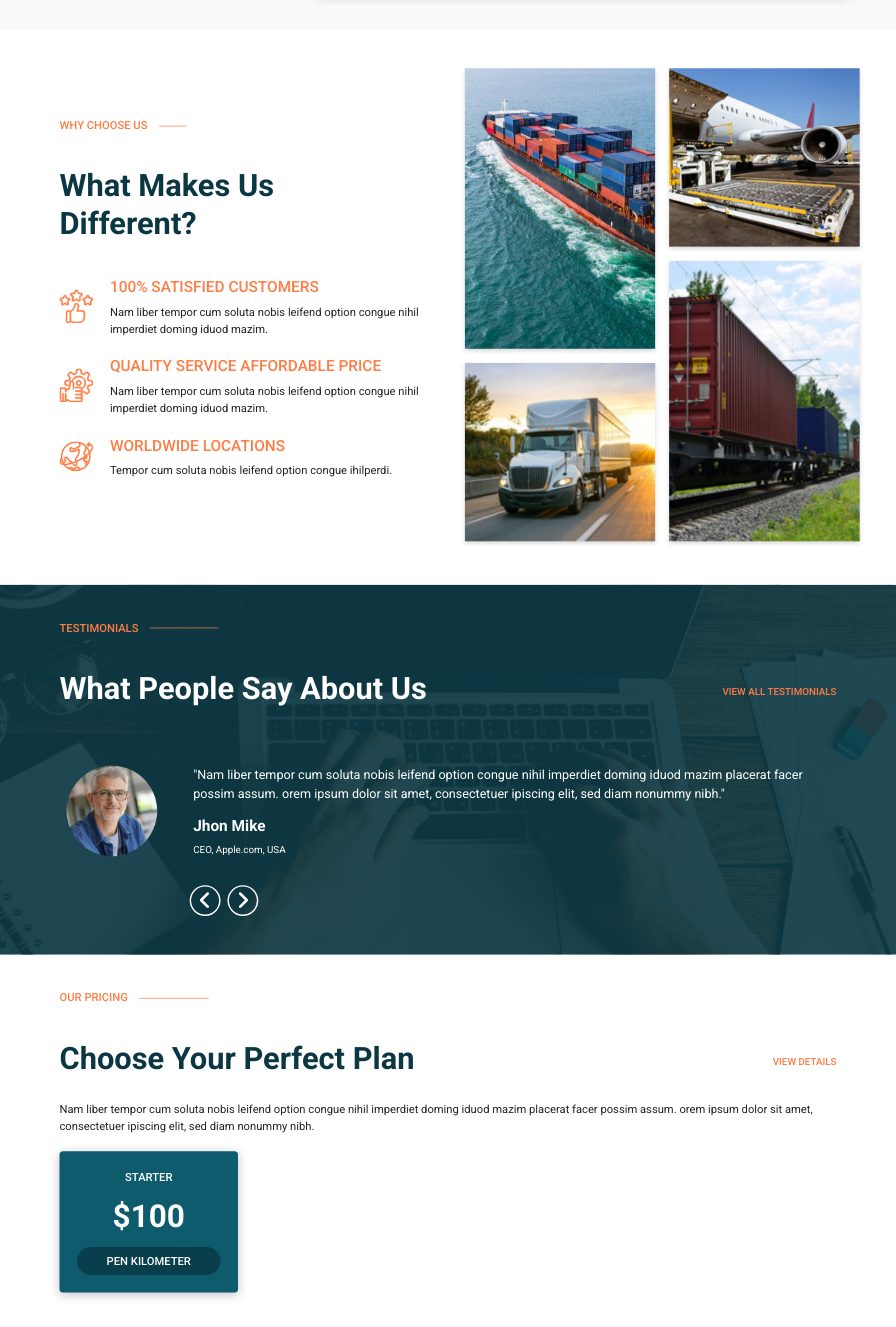
Repository: nazmulalok/shipping-theme
Page: index.html
The author's editor kept a copy of each file at every save. The page is drawn from the files as they stood at one save, then again after the next save.
The browser window is 1280 px wide. The pictures show the part of the page from y = 2372 to 4292 px (the page is 4268 px tall before and 4292 px after), at 70% of full size.
Some web libraries are served in a nearby version.

Above is the page before, as saved 2022-10-09 15:36:23.

### index.html
<!DOCTYPE html>
<html lang="en">

    <head>
        <meta charset="UTF-8">
        <meta http-equiv="X-UA-Compatible" content="IE=edge">
        <meta name="viewport" content="width=device-width, initial-scale=1.0">
        <link rel="preconnect" href="https://fonts.googleapis.com">
        <link rel="preconnect" href="https://fonts.gstatic.com" crossorigin>
        <link
            href="https://fonts.googleapis.com/css2?family=Roboto:ital,wght@0,300;0,400;0,500;0,700;0,900;1,300;1,400;1,500;1,700;1,900&display=swap"
            rel="stylesheet">
        <link rel="stylesheet"
            href="https://cdnjs.cloudflare.com/ajax/libs/OwlCarousel2/2.3.4/assets/owl.carousel.min.css"
            integrity="sha512-tS3S5qG0BlhnQROyJXvNjeEM4UpMXHrQfTGmbQ1gKmelCxlSEBUaxhRBj/EFTzpbP4RVSrpEikbmdJobCvhE3g=="
            crossorigin="anonymous" referrerpolicy="no-referrer" />
        <link rel="stylesheet"
            href="https://cdnjs.cloudflare.com/ajax/libs/OwlCarousel2/2.3.4/assets/owl.theme.default.min.css"
            integrity="sha512-sMXtMNL1zRzolHYKEujM2AqCLUR9F2C4/05cdbxjjLSRvMQIciEPCQZo++nk7go3BtSuK9kfa/s+a4f4i5pLkw=="
            crossorigin="anonymous" referrerpolicy="no-referrer" />
        <link rel="stylesheet" href="https://cdnjs.cloudflare.com/ajax/libs/font-awesome/6.2.0/css/all.min.css"
            integrity="sha512-xh6O/CkQoPOWDdYTDqeRdPCVd1SpvCA9XXcUnZS2FmJNp1coAFzvtCN9BmamE+4aHK8yyUHUSCcJHgXloTyT2A=="
            crossorigin="anonymous" referrerpolicy="no-referrer" />
        <link rel="stylesheet" href="https://cdn.jsdelivr.net/npm/bootstrap@4.0.0/dist/css/bootstrap.min.css"
            integrity="sha384-Gn5384xqQ1aoWXA+058RXPxPg6fy4IWvTNh0E263XmFcJlSAwiGgFAW/dAiS6JXm" crossorigin="anonymous">
        <link rel="stylesheet" href="style.css">
        <title>Document</title>
    </head>

    <body>
        <header class="header-top">
            <div class="container">
                <div class="top-bar">
                    <p class="m-0">Dolor sit amet, consetetur sadipscing elitr sed diam</p>
                    <div>
                        <span class="mr-4">Shipment Tracker</span>
                        <span>Login</span>
                    </div>
                </div>
                <div class="header-area">
                    <div class="logo">
                        <img src="images/shipping-logo.svg" alt="Shipping Logo">
                    </div>
                    <nav>
                        <ul>
                            <li><a href="#">Home</a></li>
                            <li><a href="#">About Us</a></li>
                            <li><a href="#">Service</a></li>
                            <li><a href="#">Project</a></li>
                            <li><a href="#">Blog</a></li>
                            <li><a href="#">News & Events</a></li>
                            <li><a href="#">Contact Us</a></li>
                        </ul>
                    </nav>
                    <div class="nav-btn">
                        <a class="common-btn mr-3" href="#">Get A Quote</a>
                        <i class="fa-solid fa-ellipsis-vertical"></i>
                    </div>
                </div>
            </div>
        </header>
        <!-- Slider -->
        <section>
            <div class="main-slider">
                <div class="container">
                    <div class="slide-content">
                        <div class="slide-text">
                            <div class="slider-title mb-4">Lorem ips<br>
                                dolor sit ametcon<br>
                                sadips cing</div>
                            <p>Nam liber tempor cum soluta nobis eleifend option</p>
                            <div class="sliderBtn mt-5"><a class="common-btn mr-4" href="#">Get Started Now</a><a
                                    class="common-btn outline-btn" href="#">Learn More</a></div>
                        </div>
                    </div>
                </div>
            </div>
        </section>
        <!-- Slider Ends -->
        <div class="common-sec">
            <div class="container">
                <div class="row align-items-center mb-5">
                    <div class="col-lg-6">
                        <h1 class="border-heading">Duis Autem Vel Eumri
                            Ure Dolor In Hend</h1>
                    </div>
                    <div class="col-lg-6">
                        <p class="ms-4">Nam liber tempor cum soluta nobis eleifend option congue nihil imperdiet doming
                            id quod mazim
                            placerat facer possim assum. Lorem ipsum dolor sit amet, consectetuer adipiscing.</p>
                    </div>
                </div>
                <div class="row mt-5">
                    <div class="col-lg-6">
                        <div class="video-box img-box img-shadow">
                            <img src="images/ship-products.jpg" alt="Ship Products" />
                            <a data-fancybox="" href="" class="video-btn">
                                <i class="fa fa-play"></i>
                            </a>
                        </div>
                        <div class="exp-section">
                            <div class="exp-title ml-4">
                                25
                            </div>
                            <div class="exp-paragraph">
                                Years <br>Experience <br>In It
                            </div>
                            <img src="images/exp-bg.png" alt="Experience">
                        </div>
                    </div>
                    <div class="col-lg-6">
                        <span class="sp-title">About Us</span>
                        <h2 class="mb-5">Lorem Ipsum Dolo
                            Sit Amet Conse</h2>
                        <p class="mb-5">Lorem ipsum dolor sit amet, consetetur sadipscing elitr, sed diam nonumy eirmod
                            tempor
                            invidunt.</p>
                        <div class="boxes">
                            <div class="common-box">
                                <div class="content">
                                    <i class="fa-solid fa-bullseye mb-4"></i>
                                    <div class="box-title mb-4">
                                        Our Mission
                                    </div>
                                    <p class="mb-4">Lorem, ipsum dolor sit amet consectetur adipisicing elit. Beatae,
                                        fuga. Commodi
                                        rerum
                                        officia voluptates.</p>
                                    <a href="#" class="more-btn">More</a>
                                </div>
                            </div>
                            <div class="common-box">
                                <div class="content">
                                    <i class="fa-regular fa-eye mb-4"></i>
                                    <div class="box-title mb-4">
                                        Our Vision
                                    </div>
                                    <p class="mb-4">Lorem, ipsum dolor sit amet consectetur adipisicing elit. Beatae,
                                        fuga. Commodi
                                        rerum
                                        officia voluptates.</p>
                                    <a href="#" class="more-btn">More</a>
                                </div>
                            </div>
                        </div>
                    </div>
                </div>
            </div>
        </div>
        <div class="common-sec service-sec">
            <div class="container">
                <div class="row align-items-center">
                    <div class="col-lg-4">
                        <span class="sp-title">Services</span>
                        <h2 class="mb-5">Our Services</h2>
                        <p class="mb-5">Nam liber tempor cum soluta nobis leifend option congue nihil imperdiet doming
                            iduod mazim placerat facer possim assum. orem ipsum dolor sit amet, consectetuer ipiscing
                            elit, sed diam nonummy nibh.</p>
                        <a href="#" class="common-btn">More Services</a>
                    </div>
                    <div class="col-lg-8">
                        <div class="row">
                            <div class="col-lg-6 p-0">
                                <div class="common-box">
                                    <div class="content">
                                        <i class="fa-solid fa-truck-moving mb-4"></i>
                                        <div class="box-title mb-4">
                                            Truck Shipping
                                        </div>
                                        <p class="mb-4">Lorem ipsum dolor sit amet, consetetur sadipscing elitr, sed
                                            diam nonumy eirmod tempor invidunt.</p>
                                        <a href="#" class="more-btn">More</a>
                                    </div>
                                </div>
                            </div>
                            <div class="col-lg-6 p-0">
                                <div class="common-box">
                                    <div class="content">
                                        <i class="fa-solid fa-plane mb-4"></i>
                                        <div class="box-title mb-4">
                                            Air Shipping
                                        </div>
                                        <p class="mb-4">Lorem ipsum dolor sit amet, consetetur sadipscing elitr, sed
                                            diam nonumy eirmod tempor invidunt.</p>
                                        <a href="#" class="more-btn">More</a>
                                    </div>
                                </div>
                            </div>
                            <div class="col-lg-6 p-0">
                                <div class="common-box">
                                    <div class="content">
                                        <i class="fa-solid fa-train-subway mb-4"></i>
                                        <div class="box-title mb-4">
                                            Railway Shipping
                                        </div>
                                        <p class="mb-4">Lorem, ipsum dolor sit amet consectetur adipisicing elit.
                                            Beatae,
                                            fuga. Commodi
                                            rerum
                                            officia voluptates.</p>
                                        <a href="#" class="more-btn">More</a>
                                    </div>
                                </div>
                            </div>
                            <div class="col-lg-6 p-0">
                                <div class="common-box">
                                    <div class="content">
                                        <i class="fa-solid fa-ship mb-4"></i>
                                        <div class="box-title mb-4">
                                            Ocean Shipping
                                        </div>
                                        <p class="mb-4">Lorem, ipsum dolor sit amet consectetur adipisicing elit.
                                            Beatae,
                                            fuga. Commodi
                                            rerum
                                            officia voluptates.</p>
                                        <a href="#" class="more-btn">More</a>
                                    </div>
                                </div>
                            </div>
                        </div>
                    </div>
                </div>
            </div>
        </div>
        <div class="common-sec why-choose-sec">
            <div class="container">
                <div class="row align-items-center">
                    <div class="col-lg-6">
                        <span class="sp-title">Why Choose Us</span>
                        <h3 class="mb-5">What Makes Us <br>
                            Different?</h3>
                        <div class="why-choose-box">
                            <div class="common-box d-flex align-items-center mb-4">
                                <div class="img-box mr-4">
                                    <img src="images/satisfied-customers.png" alt="Satisfied Customers">
                                </div>
                                <div>
                                    <div class="box-title mb-2">
                                        100% Satisfied Customers
                                    </div>
                                    <p>Nam liber tempor cum soluta nobis leifend option congue nihil imperdiet
                                        doming iduod mazim.</p>
                                </div>
                            </div>
                            <div class="common-box d-flex align-items-center mb-4">
                                <div class="img-box mr-4">
                                    <img src="images/quality-services.png" alt="Quality Services">
                                </div>
                                <div>
                                    <div class="box-title mb-2">
                                        Quality Service Affordable Price
                                    </div>
                                    <p>Nam liber tempor cum soluta nobis leifend option congue nihil imperdiet
                                        doming iduod mazim.</p>
                                </div>
                            </div>
                            <div class="common-box d-flex align-items-center mb-4">
                                <div class="img-box mr-4">
                                    <img src="images/worldwide-locations.png" alt="Worldwide Locations">
                                </div>
                                <div>
                                    <div class="box-title mb-2">
                                        Worldwide Locations
                                    </div>
                                    <p>Tempor cum soluta nobis leifend option congue ihilperdi.</p>
                                </div>
                            </div>
                        </div>
                    </div>
                    <div class="col-lg-6">
                        <div class="img-box">
                            <img src="images/why-choose-shipping.png" alt="Why Choose Shipping">
                        </div>
                    </div>
                </div>
            </div>
        </div>
        <div class="py-50 testimonial-sec">
            <div class="container">
                <span class="sp-title">Testimonials</span>
                <div class="flex-heading d-flex justify-content-between">
                    <h3>What People Say About Us</h3>
                    <span class="sp-title no-border">View All Testimonials</span>
                </div>
                <div class="testimonial-slider owl-carousel owl-theme mt-5">
                    <div class="item">
                        <div class="common-box d-flex align-items-center">
                            <div class="img-box mr-3">
                                <img src="images/testimonial-user.png" alt="User">
                            </div>
                            <div class="content">
                                <p>"Nam liber tempor cum soluta nobis leifend option congue nihil imperdiet doming iduod
                                    mazim placerat facer possim assum. orem ipsum dolor sit amet, consectetuer ipiscing
                                    elit, sed diam nonummy nibh."</p>
                                <div class="user-details">
                                    <p class="mb-2">Jhon Mike</p>
                                    <p>CEO, Apple.com, USA</p>
                                </div>
                            </div>
                        </div>
                    </div>
                    <div class="item">
                        <div class="common-box d-flex align-items-center">
                            <div class="img-box mr-3">
                                <img src="images/testimonial-user.png" alt="User">
                            </div>
                            <div class="content">
                                <p>"Nam liber tempor cum soluta nobis leifend option congue nihil imperdiet doming iduod
                                    mazim placerat facer possim assum. orem ipsum dolor sit amet, consectetuer ipiscing
                                    elit, sed diam nonummy nibh."</p>
                                <div class="user-details">
                                    <p class="mb-2">Jhon Mike</p>
                                    <p>CEO, Apple.com, USA</p>
                                </div>
                            </div>
                        </div>
                    </div>
                    <div class="item">
                        <div class="common-box d-flex align-items-center">
                            <div class="img-box mr-3">
                                <img src="images/testimonial-user.png" alt="User">
                            </div>
                            <div class="content">
                                <p>"Nam liber tempor cum soluta nobis leifend option congue nihil imperdiet doming iduod
                                    mazim placerat facer possim assum. orem ipsum dolor sit amet, consectetuer ipiscing
                                    elit, sed diam nonummy nibh."</p>
                                <div class="user-details">
                                    <p class="mb-2">Jhon Mike</p>
                                    <p>CEO, Apple.com, USA</p>
                                </div>
                            </div>
                        </div>
                    </div>
                </div>
            </div>
        </div>
        <div class="common-sec pricing-sec">
            <div class="container">
                <span class="sp-title">Our Pricing</span>
                <div class="flex-heading d-flex justify-content-between mb-4">
                    <h3>Choose Your Perfect Plan</h3>
                    <span class="sp-title no-border">View Details</span>
                </div>
                <p class="mb-4">Nam liber tempor cum soluta nobis leifend option congue nihil imperdiet doming iduod
                    mazim placerat
                    facer possim assum. orem ipsum dolor sit amet, consectetuer ipiscing elit, sed diam nonummy nibh.
                </p>
                <div class="row">
                    <div class="col-lg-3">
                        <div class="common-box bg-blue">
                            <div class="content">
                                <div class="pricing-title">
                                    <span>Starter</span>
                                    <span>$100</span>
                                    <span>Pen Kilometer</span>
                                </div>
                                <ul class="pricing-features">

                                </ul>
                            </div>
                        </div>
                    </div>
                    <div class="col-lg-3">

                    </div>
                    <div class="col-lg-3">

                    </div>
                    <div class="col-lg-3">

                    </div>
                </div>
            </div>
        </div>














        <script src="https://code.jquery.com/jquery-3.2.1.slim.min.js"
            integrity="sha384-KJ3o2DKtIkvYIK3UENzmM7KCkRr/rE9/Qpg6aAZGJwFDMVNA/GpGFF93hXpG5KkN"
            crossorigin="anonymous"></script>
        <script src="https://cdn.jsdelivr.net/npm/popper.js@1.12.9/dist/umd/popper.min.js"
            integrity="sha384-ApNbgh9B+Y1QKtv3Rn7W3mgPxhU9K/ScQsAP7hUibX39j7fakFPskvXusvfa0b4Q"
            crossorigin="anonymous"></script>
        <script src="https://cdn.jsdelivr.net/npm/bootstrap@4.0.0/dist/js/bootstrap.min.js"
            integrity="sha384-JZR6Spejh4U02d8jOt6vLEHfe/JQGiRRSQQxSfFWpi1MquVdAyjUar5+76PVCmYl"
            crossorigin="anonymous"></script>
        <script src="https://cdnjs.cloudflare.com/ajax/libs/jquery/3.6.1/jquery.min.js"
            integrity="sha512-aVKKRRi/Q/YV+4mjoKBsE4x3H+BkegoM/em46NNlCqNTmUYADjBbeNefNxYV7giUp0VxICtqdrbqU7iVaeZNXA=="
            crossorigin="anonymous" referrerpolicy="no-referrer"></script>
        <script src="https://cdnjs.cloudflare.com/ajax/libs/OwlCarousel2/2.3.4/owl.carousel.min.js"
            integrity="sha512-bPs7Ae6pVvhOSiIcyUClR7/q2OAsRiovw4vAkX+zJbw3ShAeeqezq50RIIcIURq7Oa20rW2n2q+fyXBNcU9lrw=="
            crossorigin="anonymous" referrerpolicy="no-referrer"></script>
        <script src="script.js"></script>
    </body>

</html>

Loaded but not shown: script.js (21 lines, source omitted); style.css (619 lines, source omitted)

After the next save:
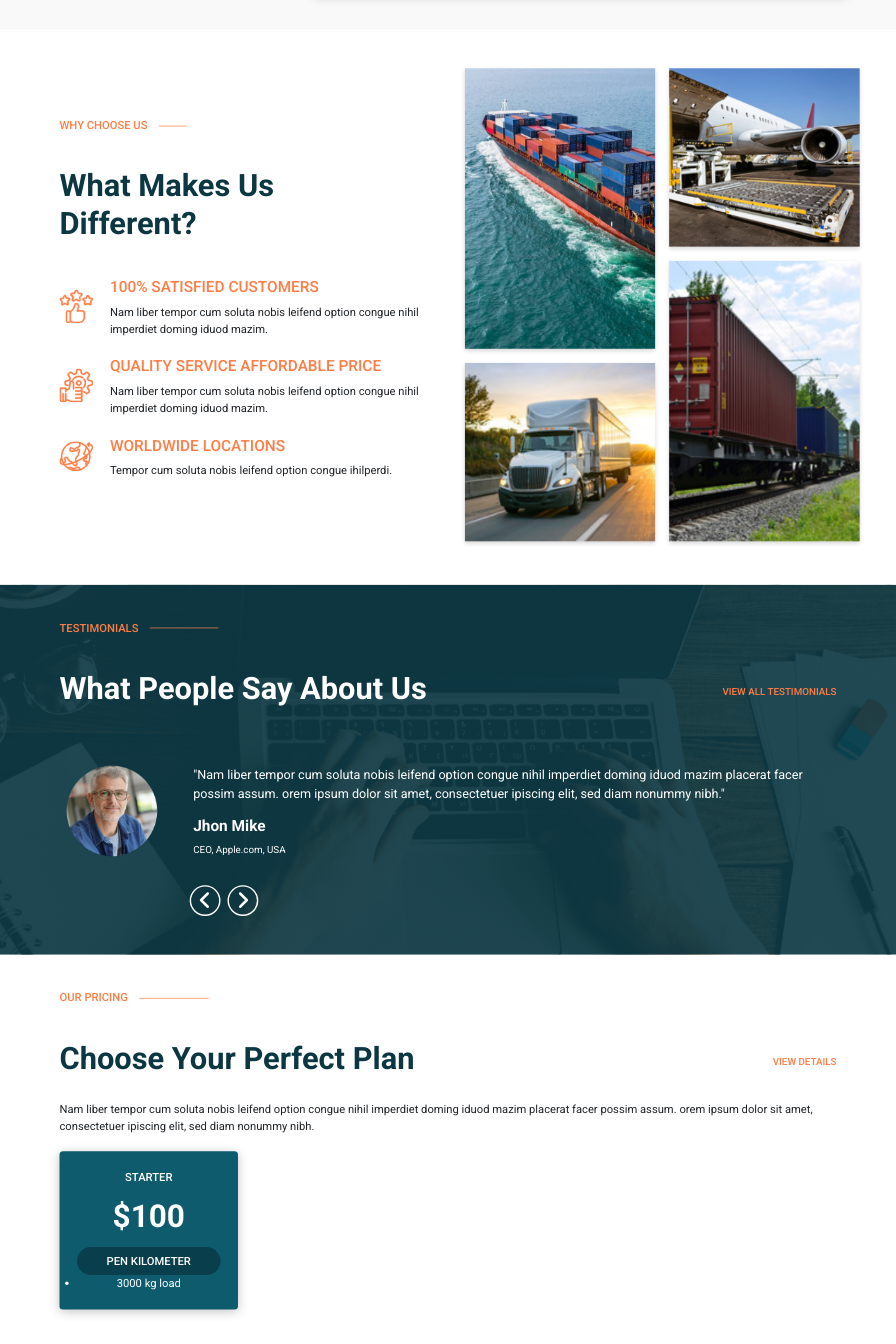
Saved 18 s later.
--- a/index.html
+++ b/index.html
@@ -356,7 +356,7 @@
                                     <span>Pen Kilometer</span>
                                 </div>
                                 <ul class="pricing-features">
-
+                                    <li>3000 kg load</li>
                                 </ul>
                             </div>
                         </div>
